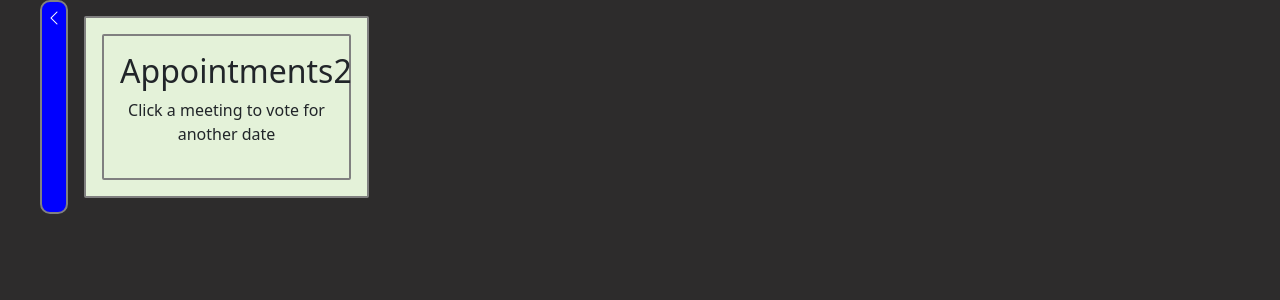
Repository: wlichon/Semesterprojekt
Page: index.html
An editor plug-in stored every save of this project. The page is shown before and after the next save, followed by the edit.
The browser window is 1280 px wide. The pictures show the whole page.
The page's requests for data from a server got no answer. Some web libraries are served in a nearby version.

Above is the page before, as saved 2022-04-22 17:51:12.

### index.html
<!DOCTYPE html>
<html lang="en">
<head>
    <link href="https://cdn.jsdelivr.net/npm/bootstrap@5.1.3/dist/css/bootstrap.min.css" rel="stylesheet" integrity="sha384-1BmE4kWBq78iYhFldvKuhfTAU6auU8tT94WrHftjDbrCEXSU1oBoqyl2QvZ6jIW3" crossorigin="anonymous">
    <link rel="stylesheet" href="https://cdn.jsdelivr.net/npm/bootstrap-icons@1.8.1/font/bootstrap-icons.css">
    <script
    src="https://code.jquery.com/jquery-3.6.0.min.js"
    integrity="sha256-/xUj+3OJU5yExlq6GSYGSHk7tPXikynS7ogEvDej/m4="
    crossorigin="anonymous"></script>
    <script src="https://cdnjs.cloudflare.com/ajax/libs/jqueryui/1.12.1/jquery-ui.min.js" integrity="sha512-uto9mlQzrs59VwILcLiRYeLKPPbS/bT71da/OEBYEwcdNUk8jYIy+D176RYoop1Da+f9mvkYrmj5MCLZWEtQuA==" crossorigin="anonymous" referrerpolicy="no-referrer"></script>
    <meta charset="UTF-8">
    <meta http-equiv="X-UA-Compatible" content="IE=edge">
    <meta name="viewport" content="width=device-width, initial-scale=1.0">
    <link rel="stylesheet" href="frontend/css/mystyle.css">
    <script src="frontend/script/script.js" defer></script>
    <title>Appointment Finder</title>
</head>
<body class="d-flex justify-content-center">
    <div class='btn btn-primary col-auto p-1' id='lslide'> <i class='bi bi-chevron-left'></i></div>
      <div class="container m-3 d-flex justify-content-center">
            <div class="events row flex-grow-1" id="events">
                <div class="col-md-3 d-flex justify-content-between" style="flex-direction: column">

                        <div class="col">
                           <h2 class="align-self-center">Appointments2</h2>
                           <p class="">Click a meeting to vote for another date</p>
                        </div>


                </div>
             </div>

            <div class="appointments row flex-grow-1" id="appointments">
                <div class="col-md d-flex justify-content-between" style="flex-direction: column">
                    <div class="row h-80">
                        <div class="col">
                           <h2 class="align-self-center">Options</h2>
                        </div>
                    </div>
                    <div class="row inputs h-20 align-self-bottom">
                        <div class="col-md">
                            <i class="bi bi-person-circle m-1"></i><input type="text" placeholder="Name">
                        </div>
                    </div>

                </div>




                <!--
                <div class="col-md">
                    <div class="row h-80">
                        <div class="col wrapper">
                            <h4>Dez</h4>
                            <h3>23</h3>
                            <p>Mi</p>
                            <p>11:40</p>
                            <p>13:00</p>
                        </div>
                    </div>
                    <div class="row inputs h-20">
                        <div class="col-md"><input class="form-check-input" type="checkbox" value=""></div>
                    </div>


                </div>
                <div class="btn btn-primary col-auto p-1" id="lslide">
                    <i class="bi bi-chevron-left"></i>
                </div>

                <div class="row mt-5 comment">
                    <div class="input-group input-group-lg">
                        <span class="input-group-text" id="inputGroup-sizing-lg">Comment</span>
                        <input type="text" class="form-control" aria-label="Sizing example input" aria-describedby="inputGroup-sizing-lg">
                        <button class="btn btn-outline-secondary bg-primary text-white" type="button" id="submit">Submit</button>
                    </div>
                </div>
            -->
            </div>

            </div>



    <script src="https://cdn.jsdelivr.net/npm/bootstrap@5.1.3/dist/js/bootstrap.bundle.min.js" integrity="sha384-ka7Sk0Gln4gmtz2MlQnikT1wXgYsOg+OMhuP+IlRH9sENBO0LRn5q+8nbTov4+1p" crossorigin="anonymous"></script>
</body>
</html>

### frontend/css/mystyle.css
[class*="col"]{
    text-align:center;
    border: 2px solid grey;
    padding: 1rem;
    border-radius: 2px;
    background-color:rgb(228, 242, 217);
}

.bi-person-circle{
    font-size: 1.5rem;
}

.inputs > div{
    background-color: rgb(89, 209, 61);
}

body{
    background-color:rgb(45, 44, 44);
}

.wrapper{
    border-radius: 5px;
    border: none;
    background-color: lightcyan;
}

.container{
    border-radius: 5px;
}

#lslide{
    background-color:blue;
    border-radius:10px;
}

.event{
    cursor: pointer;
}

.event:hover{
    background-color:blue;
}

.noevent:hover{
    pointer-events: none;
}

### frontend/script/script.js
"use strict";
var months = ["Jan", "Feb", "Mar", "Apr", "May", "Jun", "Jul", "Aug", "Sep", "Oct", "Nov", "Dec"];
var days = ["Mon", "Tue", "Wed", "Thu", "Fri", "Sat", "Sun"];
var slidebutton = "<div class='btn btn-primary col-auto p-1' id='lslide'><i class='bi bi-chevron-left'></i></div>";
var commentbar = "<div class='row mt-5 comment'><div class='input-group input-group-lg'><span class='input-group-text' id='inputGroup-sizing-lg'>Comment</span><input type='text' class='form-control' aria-label='Sizing example input' aria-describedby='inputGroup-sizing-lg'><button class='btn btn-outline-secondary bg-primary text-white' type='button' id='submit'>Submit</button></div></div>";
$(function () {
    $("#appointments").hide();
    $("#events").hide();
    $.ajax({
        type: "GET",
        url: "backend/serviceHandler.php",
        cache: false,
        data: { function: "loadAppointments" },
        dataType: "json",
        success: function (response) {
            // bei sucess liefert loadAppointments ein Array mit den ganzen Appointments in dem Format:
            //  Appointment("25-06-2027", "Meeting4", "22-05-2025 19:30:00", "18:00", "18:30", [2, 3]) also:
            // Appointment("Tag-Monat-Jahr", "MeetingNummer", "ExpirationDate", "UhrzeitBeginn", "Uhrzeitende", "OptionsID");
            // Appointment ($date,$title,$votingExpirationDate,$begin,$end,$optionIDs)3222
            console.log("success");
            $.each(response, function (i, val) {
                var counter = 1;
                var date = new Date(val["date"]["date"]);
                var month = months[date.getMonth()];
                var day = days[date.getDay()];
                var dayOfMonth = date.getDate();
                var year = date.getFullYear();
                var expiration = val["votingExpirationDate"]["date"].substr(0, 19);
                var begin = val["begin"]["date"].substr(11).substr(0, 8);
                var end = val["end"]["date"].substr(11).substr(0, 8);
                var id = val["optionIDs"];
                $("#events").append("<div class='col-md-2 event' id =" + counter + " + data=" + id + ">" +
                    "<div class='col wrapper'>" +
                    "<h2>" + val["title"] + "</h2>" +
                    "<h4>" + month + "</h4>" +
                    "<h3>" + dayOfMonth + "</h3>" +
                    "<p>" + day + "</p>" +
                    "<p>Begins: " + begin + "</p>" +
                    "<p>Ends: " + end + "</p>" +
                    "<h6><p>Voting ends:</p>" +
                    "<p>" + expiration + "</p></h6>" +
                    "</div> </div>");
                var isexpired = new Date(expiration);
                var today = new Date();
                if (isexpired <= today) {
                    $("#" + counter).append("<h5 class = 'mt-3' > abgelaufen! </h5>");
                    $("#" + counter).attr("class", "col-md-2 noevent");
                }
                counter++;
            });
        },
        complete: function () {
            $(".event").on('click', function (e) {
                var self = e.currentTarget; // Element was das Klick getriggert hat
                $("#events").hide("slide", { direction: "left" }, 1000, function () {
                    console.log(self);
                    var optionIDs_string = self.getAttribute("data");
                    var optionIDs = Array.from(optionIDs_string.split(","));
                    console.log(optionIDs);
                    $.ajax({
                        type: "GET",
                        url: "backend/serviceHandler.php",
                        cache: false,
                        data: { function: "loadOptions", param: optionIDs },
                        dataType: "json",
                        success: function (response) {
                            console.log("success");
                            console.log(response);
                            $.each(response, function (i, val) {
                                var date = new Date(val["date"]["date"]);
                                console.log("loop");
                                var month = months[date.getMonth()];
                                var day = days[date.getDay()];
                                var dayOfMonth = date.getDate();
                                var year = date.getFullYear();
                                var begin = val["begin"]["date"].substr(11).substr(0, 8);
                                var end = val["end"]["date"].substr(11).substr(0, 8);
                                $("#appointments").append("<div class='col-md'>" +
                                    "<div class='col-md event'>" +
                                    "<div class='col wrapper'>" +
                                    "<h4>" + month + "</h4>" +
                                    "<h3>" + dayOfMonth + "</h3>" +
                                    "<p>" + day + "</p>" +
                                    "<p>Begins: " + begin + "</p>" +
                                    "<p>Ends: " + end + "</p>" +
                                    "</div></div>" +
                                    "<div class='row inputs h-20'>" +
                                    "<div class='col-md'><input class='form-check-input' type='checkbox' value=''></div></div></div>");
                            });
                            $("#appointments").append(slidebutton + commentbar);
                            $("#lslide").on('click', slidebar);
                        },
                        error: function (response) {
                            console.log("failure");
                        }
                    }),
                        setTimeout(function () { return $("#appointments").show("slide", 1000); }, 100);
                });
            });
            $("#events").show("slide", 1000);
        },
        error: function (e) {
            console.log("failure");
        }
    });
    console.log("hi");
    $("#submit").on('click', function () {
        console.log($("#test").prop("checked"));
    });
});
var optionNameInput = '<div class="col-md d-flex justify-content-between" style="flex-direction: column">' +
    '<div class="row h-80">' +
    '<div class="col">' +
    '<h2 class="align-self-center">Options</h2>' +
    '</div>' +
    '</div>' +
    '<div class="row inputs h-20 align-self-bottom">' +
    '<div class="col-md">' +
    '<i class="bi bi-person-circle m-1"></i><input type="text" placeholder="Name">' +
    '</div>' +
    '</div>' +
    '</div>';
function slidebar() {
    $("#appointments").hide("slide", { direction: "left" }, 1000, function () {
        $("#appointments").empty().append(optionNameInput);
        $("#events").show("slide", 1000);
    });
}

After the next save:
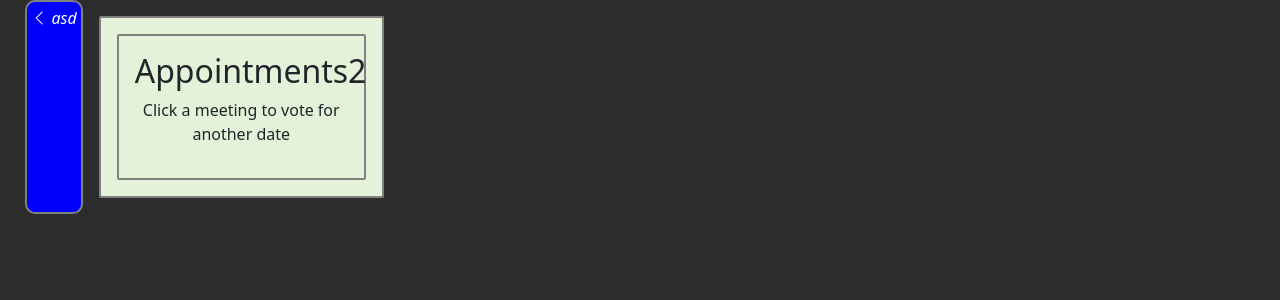
Saved 5 s later.
--- a/index.html
+++ b/index.html
@@ -16,7 +16,7 @@
     <title>Appointment Finder</title>
 </head>
 <body class="d-flex justify-content-center">
-    <div class='btn btn-primary col-auto p-1' id='lslide'> <i class='bi bi-chevron-left'></i></div>
+    <div class='btn btn-primary col-auto p-1' id='lslide'> <i class='bi bi-chevron-left'> asd</i></div>
       <div class="container m-3 d-flex justify-content-center">
             <div class="events row flex-grow-1" id="events">
                 <div class="col-md-3 d-flex justify-content-between" style="flex-direction: column">
